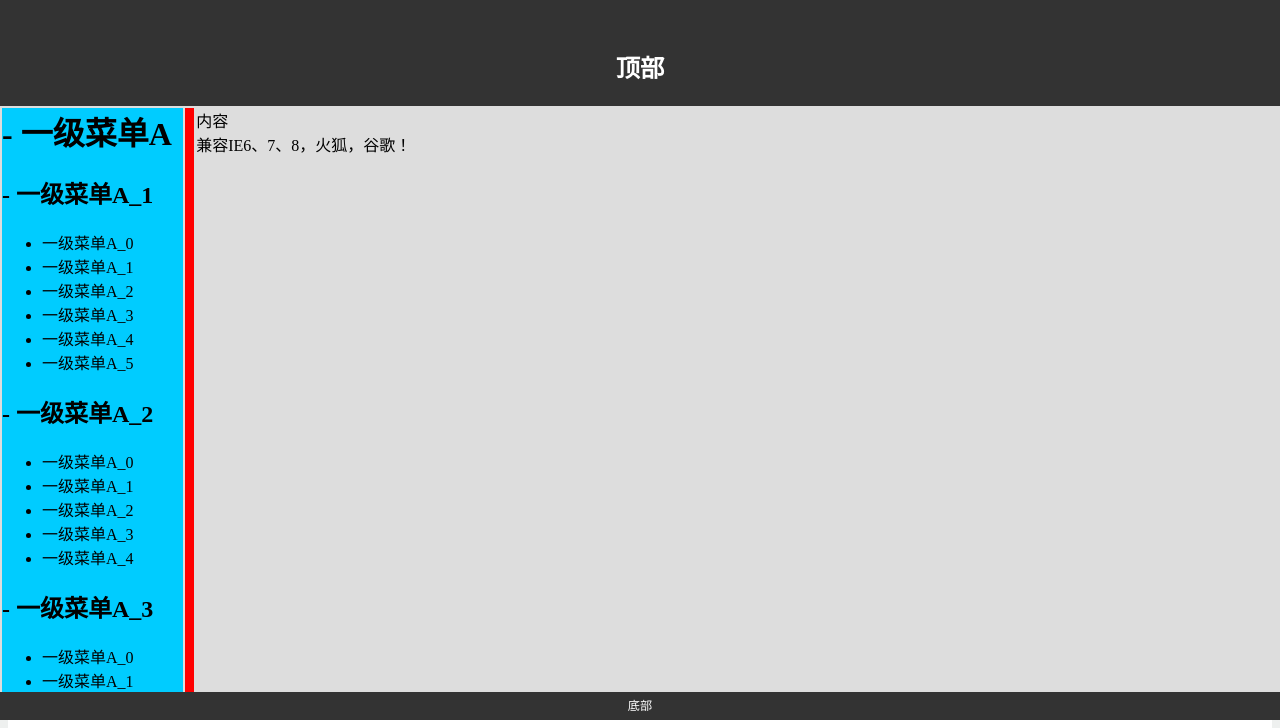
Repository: figo645/NewGenerationOA
Page: http://localhost/mavenweb/
An editor plug-in stored every save of this project. The page is shown before and after the next save, followed by the edit.
The browser window is 1280 px wide. The pictures show the whole page.
The page is served by Tomcat 9. Nobody is signed in. The application's start-up code is not run.

Above is the page before, as saved 2015-09-24 08:34:34.

After the next save:
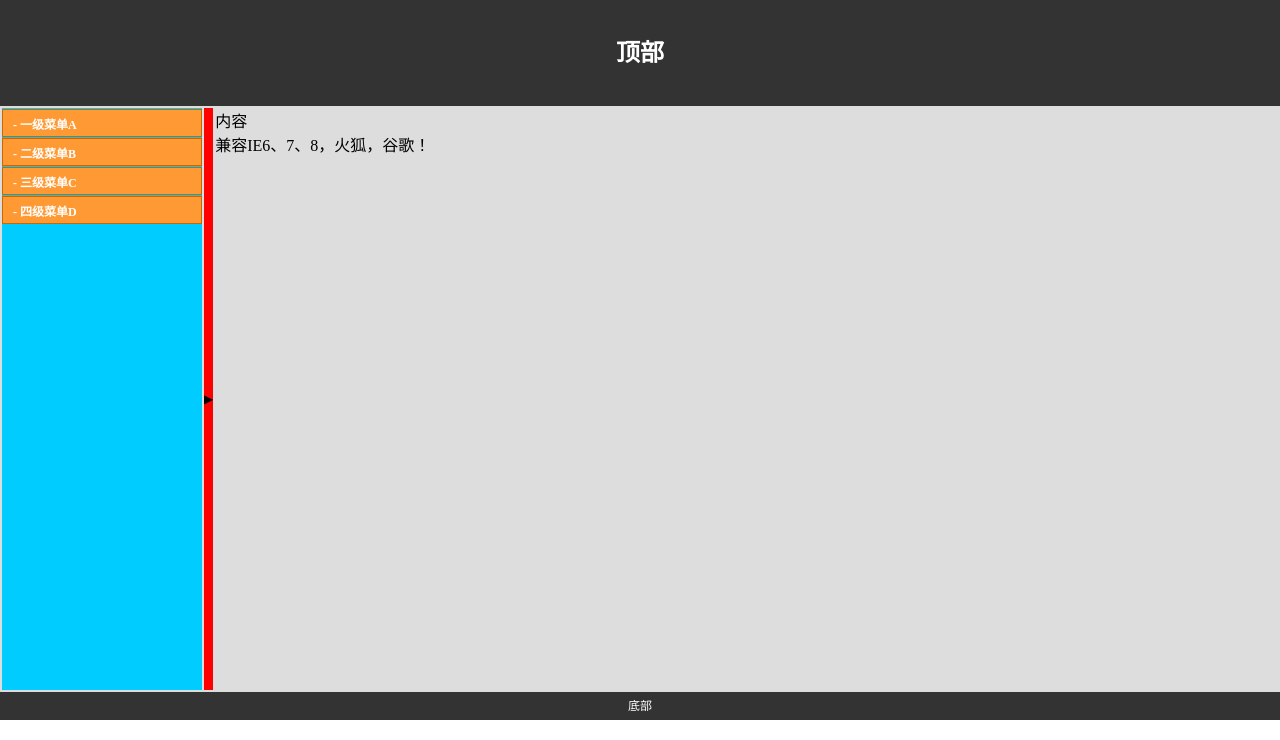
Saved 21 s later.
--- a/3.implementtation/prototype_ws/mavenweb/src/main/webapp/index.jsp
+++ b/3.implementtation/prototype_ws/mavenweb/src/main/webapp/index.jsp
@@ -108,6 +108,50 @@ body {
 	overflow: hidden;
 }
 </style>
+<style>
+*,body,ul,li,h1,h2{ margin:0; padding:0; list-style:none;}
+body{font:12px "宋体"; padding-top:20px;}
+#menu { width:200px; margin:auto;}
+	#menu h1 { cursor:pointer; color:#FFF; font-size:12px; padding:5px 0 3px 10px; border:#C60 1px solid; margin-top:1px;  background-color:#F93;}
+	#menu h2 { cursor:pointer; color:#777; font-size:12px; padding:5px 0 3px 10px; border:#E7E7E7 1px solid; border-top-color:#FFF; background-color:#F4F4F4;}
+	#menu ul { padding-left:15px; height:100px;border:#E7E7E7 1px solid; border-top:none;overflow:auto;}
+	#menu ul li {padding:5px 0 3px 10px;}
+	.no { display:none;}
+</style>
+<script language="JavaScript">
+<!--//
+function ShowMenu(obj,noid){
+	var block =	document.getElementById(noid);
+	var n = noid.substr(noid.length-1);
+	if(noid.length==4){
+		var ul = document.getElementById(noid.substring(0,3)).getElementsByTagName("ul");
+		var h2 = document.getElementById(noid.substring(0,3)).getElementsByTagName("h2");
+		for(var i=0; i<h2.length;i++){
+			h2[i].innerHTML = h2[i].innerHTML.replace("+","-");
+			h2[i].style.color = "";
+		}
+		obj.style.color = "#FF0000";
+		for(var i=0; i<ul.length; i++){if(i!=n){ul[i].className = "no";}}
+	}else{
+		var span = document.getElementById("menu").getElementsByTagName("span");
+		var h1 = document.getElementById("menu").getElementsByTagName("h1");
+		for(var i=0; i<h1.length;i++){
+			h1[i].innerHTML = h1[i].innerHTML.replace("+","-");
+			h1[i].style.color = "";
+		}
+		obj.style.color = "#0000FF";
+		for(var i=0; i<span.length; i++){if(i!=n){span[i].className = "no";}}
+	}
+	if(block.className == "no"){
+		block.className = "";
+		obj.innerHTML = obj.innerHTML.replace("-","+");
+	}else{
+		block.className = "no";
+		obj.style.color = "";
+	}
+}
+//-->
+</script>
 
 <script type="text/javascript">
 	function show() {
